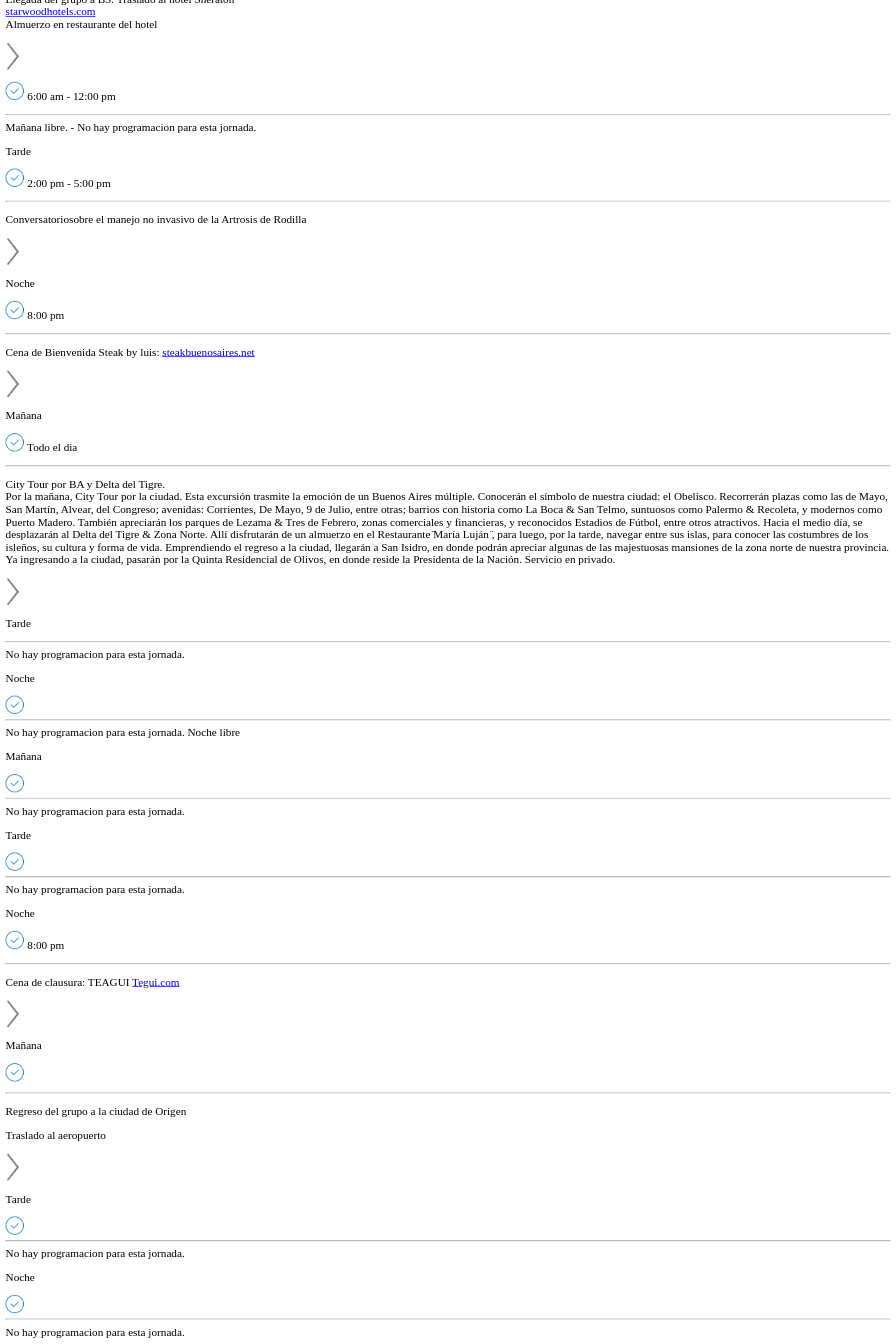
Repository: pacoigloo/Anexia
Page: agenda.html
The author's editor kept a record of every edit. The page is drawn from the files as they stood at one moment, then again after the next edit.
The browser window is 1280 px wide. The pictures show the part of the page from y = 657 to 2577 px (the page is 2577 px tall before and 2543 px after), at 70% of full size.

Above is the page before.

After the next edit:
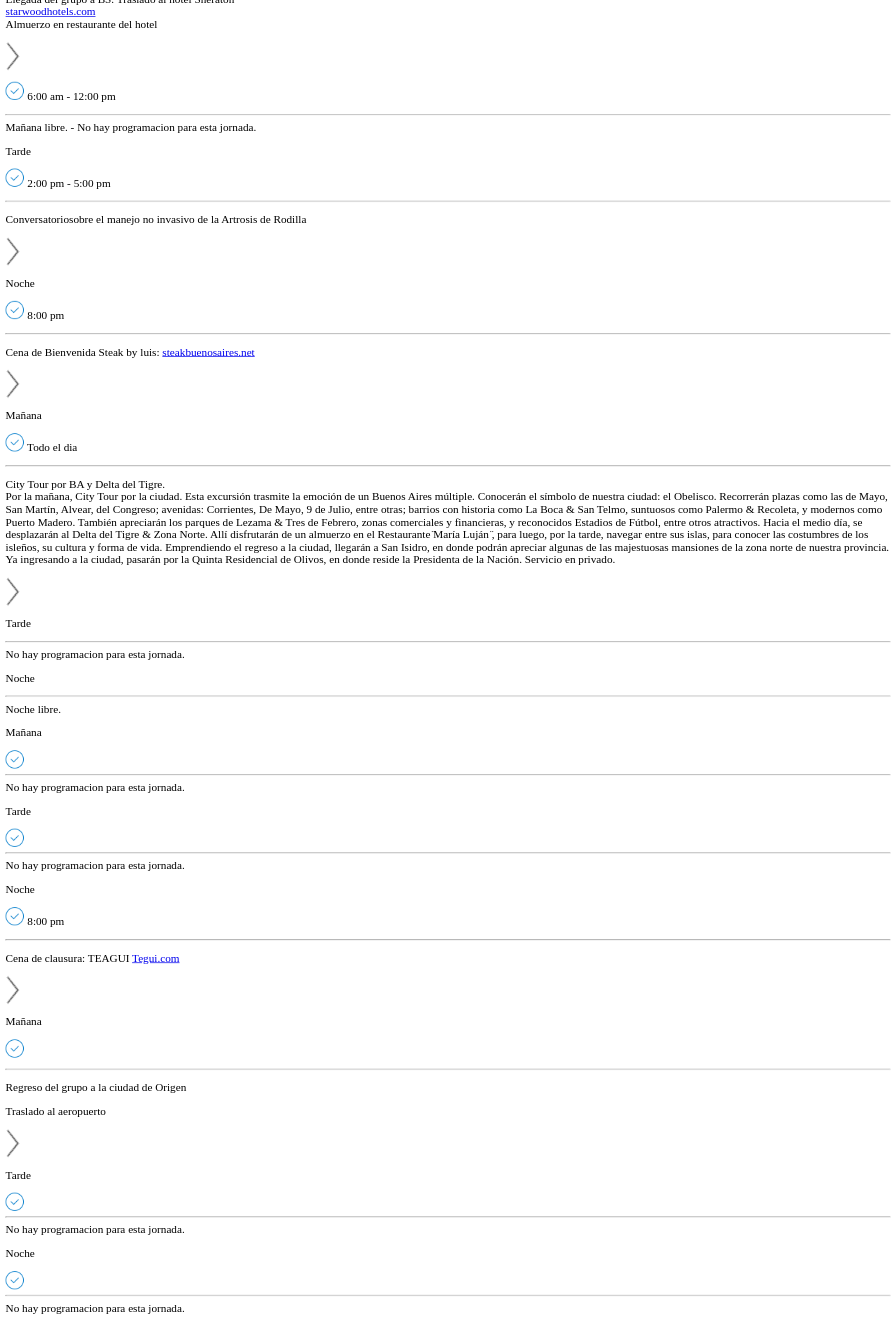
The edit:
--- a/agenda.html
+++ b/agenda.html
@@ -108,10 +108,8 @@
             <p>
                 Noche
             </p>
-            <div id="contenT">
-                <img src="img/check.png"></img><hr>
-                No hay programacion para esta jornada.
-                Noche libre
+            <div id="contenT"><hr>
+                Noche libre.
             </div>
         </div>
     </div>
